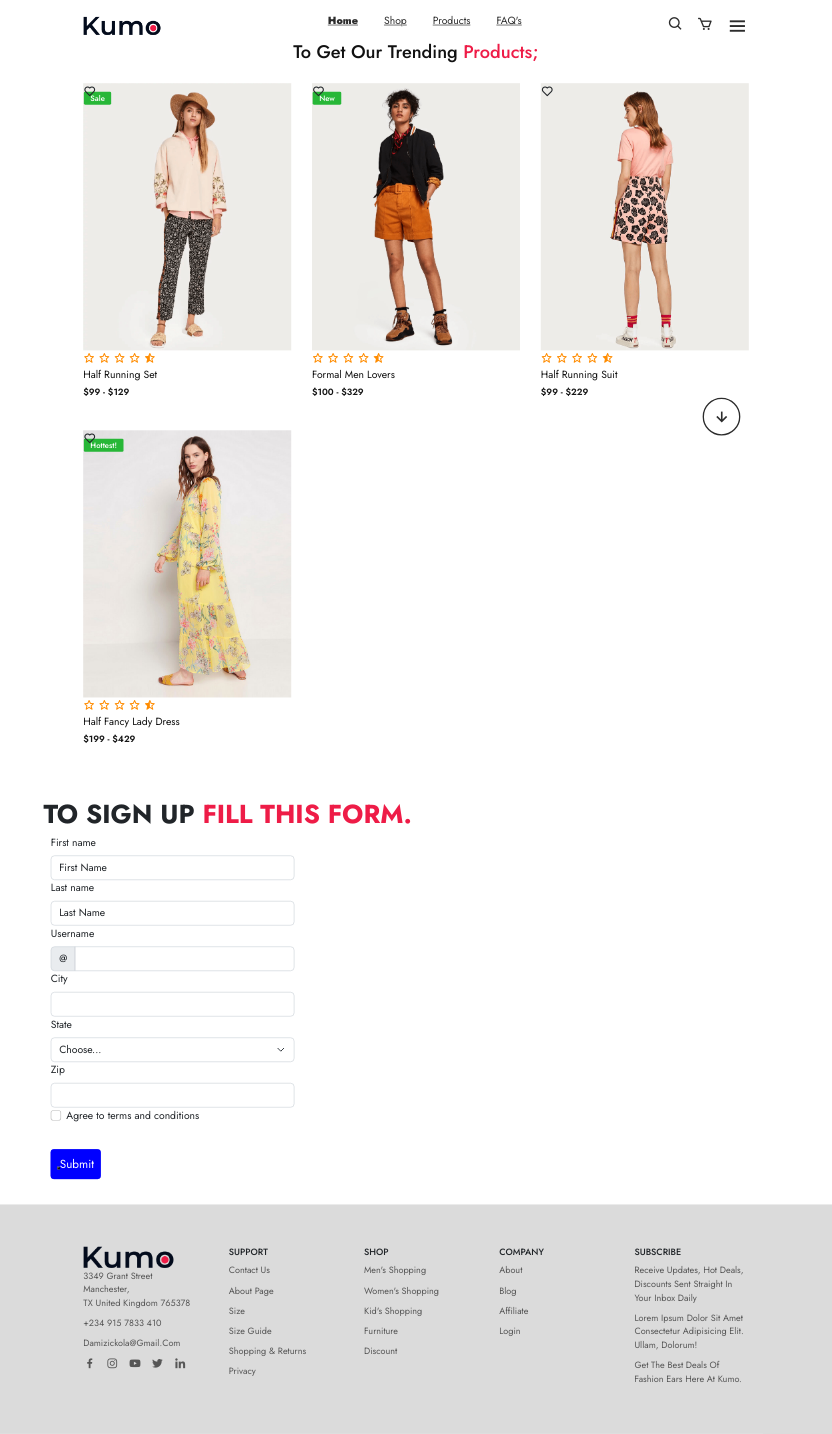
Repository: isaacCodes1/Kumo-Website.
Page: form.html
An editor plug-in stored every save of this project. The page is shown before and after the next save, followed by the edit.
The browser window is 1280 px wide. The pictures show the whole page, at 65% of full size.

Above is the page before, as saved 2024-03-26 11:15:39.

After the next save:
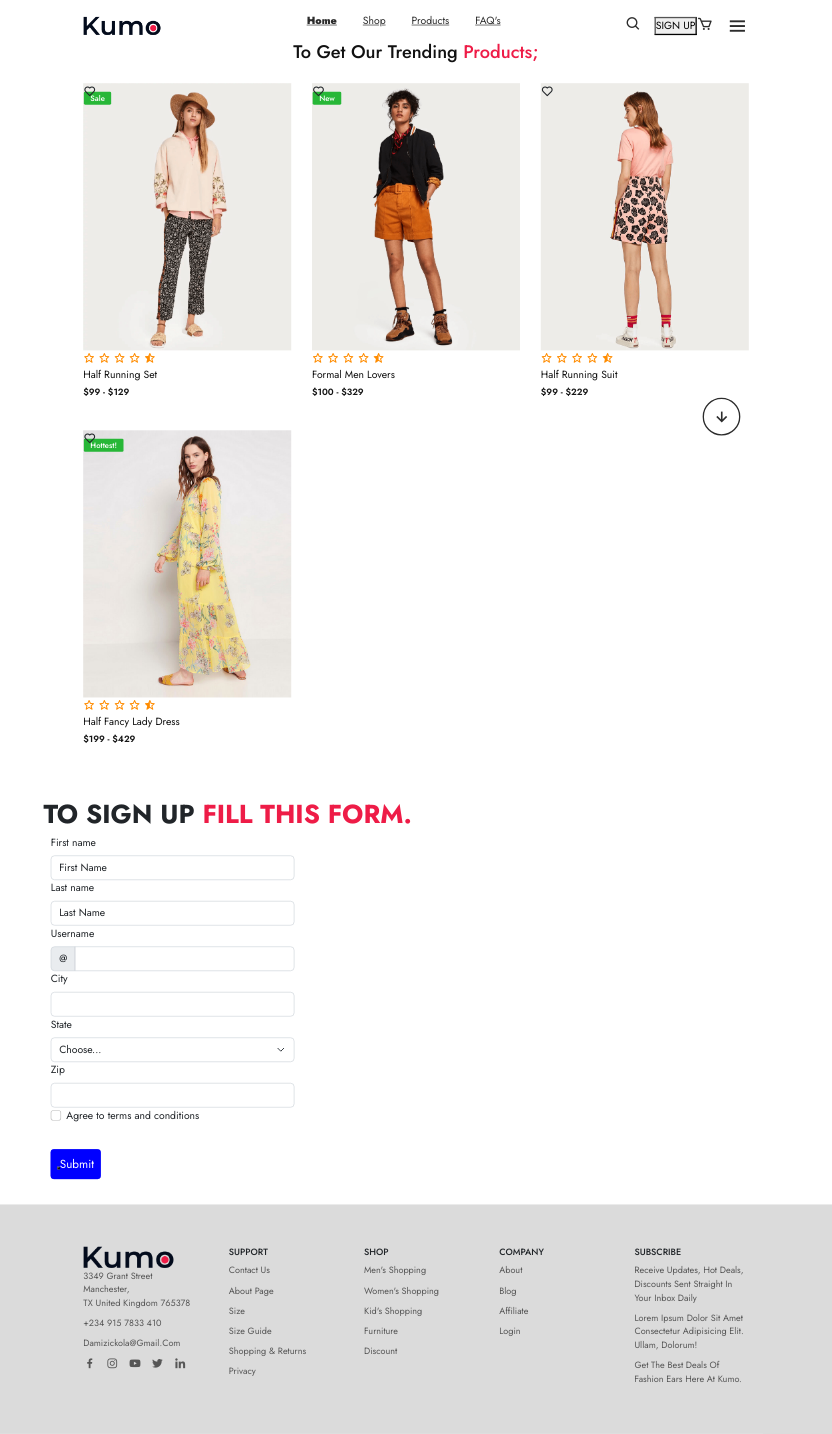
Saved 6 s later.
--- a/form.html
+++ b/form.html
@@ -46,7 +46,7 @@
       </ul>
       <div class="nav-icon">
         <a href="#"><i class="bx bx-search"></i></a>
-
+        <button>SIGN UP</button>
         <a href="#"><i class="bx bx-cart"></i></a>
         <div class="bx bx-menu" id="menu-icon"></div>
       </div>
